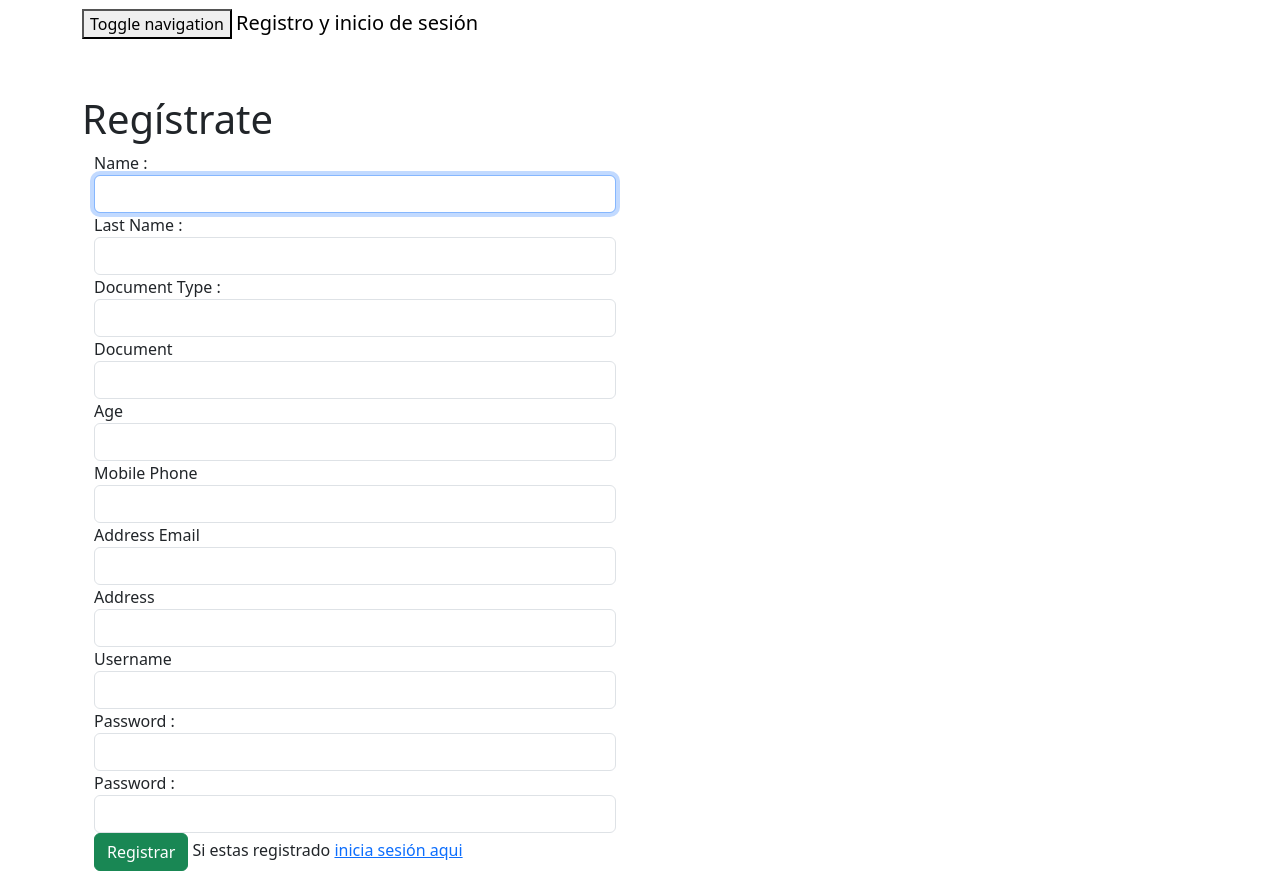
Repository: BolivarCaro/ecenviosweb
Page: http://localhost/record
The author's editor kept a copy of each file at every save. The page is drawn from the files as they stood at one save, then again after the next save.
The browser window is 1280 px wide. The pictures show the whole page.
The page is this project's Thymeleaf template; nobody is signed in. The template is opened directly, without the code that normally fills it, so the values that code supplies are empty.

Above is the page before, as saved 2024-07-14 14:38:50.

### sprindbootecenvios/src/main/resources/templates/record.html
<!doctype html>
<html lang="en">
  <head>
    <meta charset="utf-8">
    <meta name="viewport" content="width=device-width, initial-scale=1">
    <title>Ec-envios</title>
    <link href="https://cdn.jsdelivr.net/npm/bootstrap@5.3.3/dist/css/bootstrap.min.css" rel="stylesheet"
		integrity="sha384-QWTKZyjpPEjISv5WaRU9OFeRpok6YctnYmDr5pNlyT2bRjXh0JMhjY6hW+ALEwIH" crossorigin="anonymous">
	<title>User Registration</title>
  </head>
  <body>
	<nav class="navbar navbar-inverse navbar-fixed-top">
			<div class="container">
				<div class="navbar-header">
					<button type="button" class="navbar-toggle collapsed"
						data-toggle="collapse" data-target="#navbar" aria-expanded="false"
						aria-controls="navbar">
						<span class="sr-only">Toggle navigation</span> <span
							class="icon-bar"></span> <span class="icon-bar"></span> <span
							class="icon-bar"></span>
					</button>
					<a class="navbar-brand" href="#" th:href="@{/}">Registro y
						inicio de sesión</a>
				</div>
			</div>
		</nav>

		<br>
		<br>

		<div class="container">
			<div class="row">
				<div class="col-md-6 col-md-offset-3">
					<div th:if=${param.exito}>
						<div class="alert alert-info">registro exitoso </div>
					</div>

					<h1>Regístrate</h1>
					<div class="container">
						<form th:action="@{/record}" method="post" th:object="${customer}">
							<div class="form-group">
								<label class="control-label" for="firstName">Name : </label> <input
									id="firstName" type="text" class="form-control" th:field="*{firstName}"
									required autofocus="autofocus">
							</div>

							<div class="form-group">
								<label class="control-label" for="lastName">Last Name : </label> <input
									id="lastName" class="form-control" th:field="*{lastName}"
									required autofocus="autofocus">
							</div>

							<div class="form-group">
								<label class="control-label" for="documentType">Document Type : </label>
								<input id="documentType" type="text" class="form-control" th:field="*{documentType}"
									required autofocus="autofocus">
							</div>
							<div class="form-group">
								<label class="control-label" for="document">Document</label>
								<input id="document" type="text" class="form-control" th:field="*{document}"
									requiered autofocus="autofocus">
							<div class="form-group">
								<label class="control-label" for="age">Age</label>
								<input id="age" type="text" class="form-control" th:field="*{age}"
								 required autofocus="autofocus">
							</div>
							<div class="form-group">
								<lavel class="control-label" for="mobilePhone">Mobile Phone</label>
								<input id="mobilePhone" type="text" class="form-control" th:field="*{mobilePhone}"
									required autofocus="autofocus">

							</div>
							<div class="form-group">
								<lavel class="control-label" for="email">Address Email</label>
								<input id="email" type="text" class="form-control" th:field="*{email}"
									required autofocus="autofocus">
							</div>
							<div class="form-group">
								<label class="control-label" for="address">Address</label>
								<input id="address" type="text" class="form-control" th:field="*{address}"
									required autofocus="autofocus">
							</div>
							<div class="form-group">
								<label class="control-label" for="userName">Username</label>
								<input id="userName" type="text" class="form-control" th:field="*{userName}"
									required autofocus="autofocus">
							</div>

							<div class="form-group">
								<label class="control-label" for="passwordUser">Password : </label>
								<input type="password" id="passwordUser" class="form-control" th:field="*{passwordUser}"
									required autofocus="autofocus">
							</div>
							<div class="form-group">
								<label class="control-label" for="confirmationPassword">Password : </label>
								<input type="confirmationPassword" id="confirmationPassword" class="form-control" th:field="*{confirmationPassword}"
									required autofocus="autofocus">
							</div>

							<div class="form-group">
								<button type="submit" class="btn btn-success">Registrar</button>
								<span>Si estas registrado <a th:href="@{/login}">inicia sesión aqui</a></span>
							</div>
						</form>
					</div>

				</div>
			</div>
		</div>


    	<script src="https://cdn.jsdelivr.net/npm/bootstrap@5.3.3/dist/js/bootstrap.bundle.min.js" integrity="sha384-YvpcrYf0tY3lHB60NNkmXc5s9fDVZLESaAA55NDzOxhy9GkcIdslK1eN7N6jIeHz" crossorigin="anonymous"></script>
  </body>
</html>

After the next save:
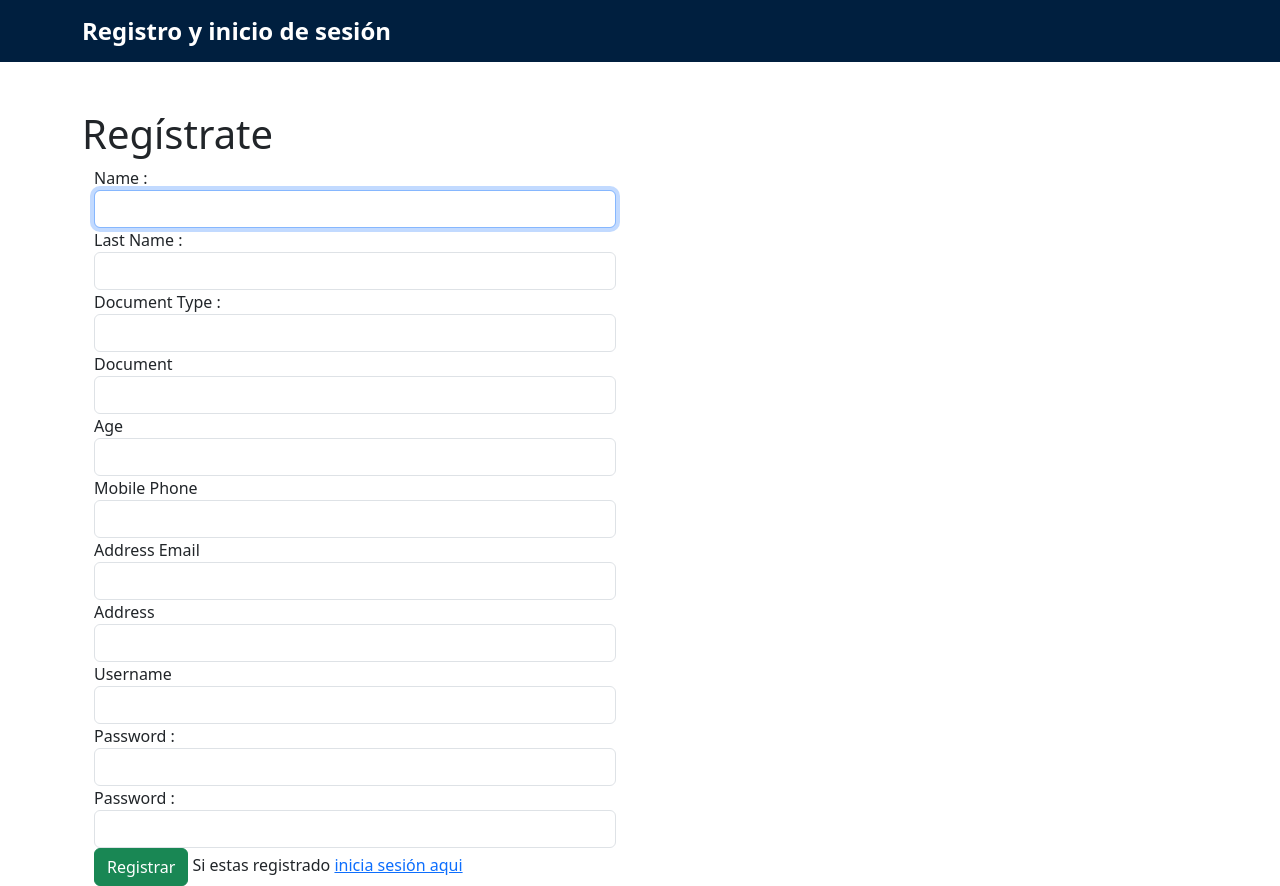
Saved 2 min 37 s later.
--- a/sprindbootecenvios/src/main/resources/templates/record.html
+++ b/sprindbootecenvios/src/main/resources/templates/record.html
@@ -9,21 +9,14 @@
 	<title>User Registration</title>
   </head>
   <body>
-	<nav class="navbar navbar-inverse navbar-fixed-top">
-			<div class="container">
-				<div class="navbar-header">
-					<button type="button" class="navbar-toggle collapsed"
-						data-toggle="collapse" data-target="#navbar" aria-expanded="false"
-						aria-controls="navbar">
-						<span class="sr-only">Toggle navigation</span> <span
-							class="icon-bar"></span> <span class="icon-bar"></span> <span
-							class="icon-bar"></span>
-					</button>
-					<a class="navbar-brand" href="#" th:href="@{/}">Registro y
-						inicio de sesión</a>
-				</div>
-			</div>
-		</nav>
+	<nav class="navbar" style="background-color: #001F3F;">
+	    <div class="container text-center">
+	        <a class="navbar-brand" href="#" th:href="@{/}" style="color: white; font-weight: bold; font-size: 24px;">
+	            Registro y inicio de sesión
+	        </a>
+	    </div>
+	</nav>
+
 
 		<br>
 		<br>
